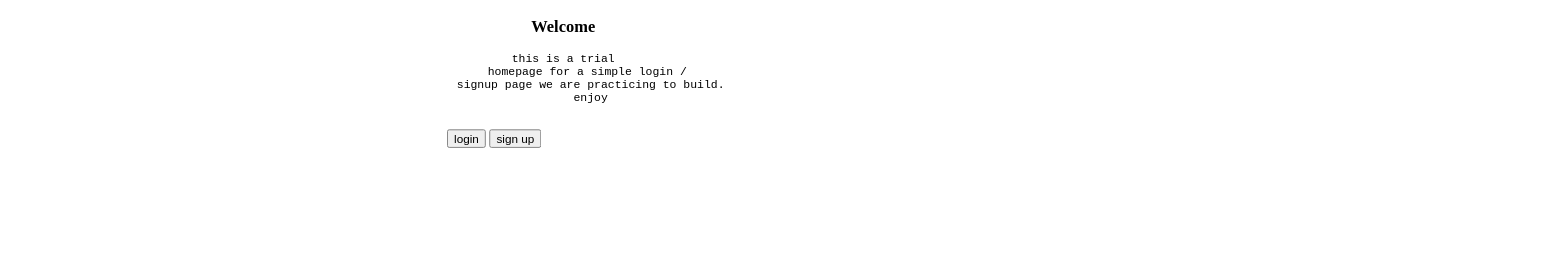
Repository: yhung004/TUTORIAL_PAGE
Page: home.html
These files come from the project's save history. The page is drawn as it stood at one moment and after the next save; the edit follows.
The browser window is 1280 px wide. The page is 1772 px wide, then 1322 px, so the pictures cover 1772 px, including what lies to the right of the window. The pictures show the whole page, at 88% of full size.

Above is the page before, as saved 2024-04-09 23:49:37.

### home.html
<!DOCTYPE html>
<html lang="en">
<head>
    <meta charset="UTF-8">
    <meta name="viewport" content="width=device-width, initial-scale=1.0">
    <title>Document</title>
    <link rel="stylesheet" href="main.css">
</head>
<body>
    <h3 class="welcome">Welcome</h3>
    <pre class="welcome_text">this is a trial
        homepage for a simple login /
        signup page we are practicing to build.
        enjoy
    </pre>
    <div class="buttons">
        <input type="button" value="login" class="button_a">
        <input type="button" value="sign up" class="button_b">
    </div>
</body>
</html>

### main.css
.welcome{
    text-align: center;
}
.welcome_text {
    text-align:center;
}
.buttons {
    margin : 0 -500px 0 500px
}

After the next save:
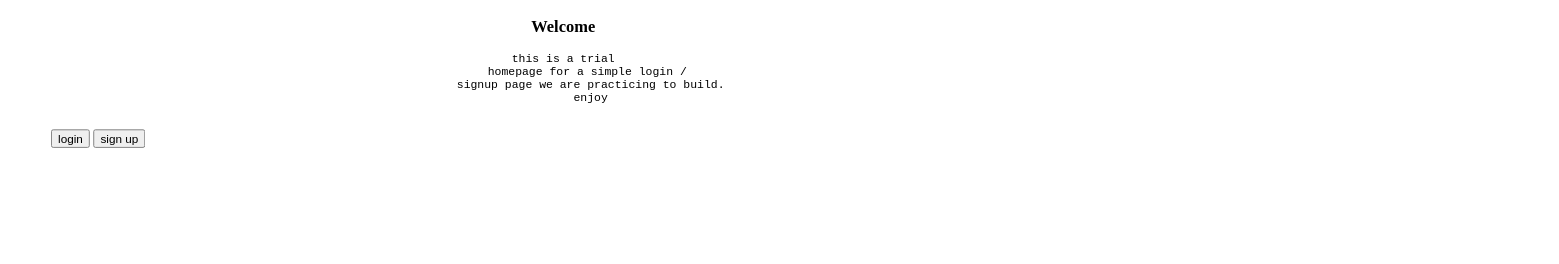
Saved 9 s later.
--- a/main.css
+++ b/main.css
@@ -5,5 +5,5 @@
     text-align:center;
 }
 .buttons {
-    margin : 0 -500px 0 500px
+    margin : 0 -50px 0 50px;
 }
